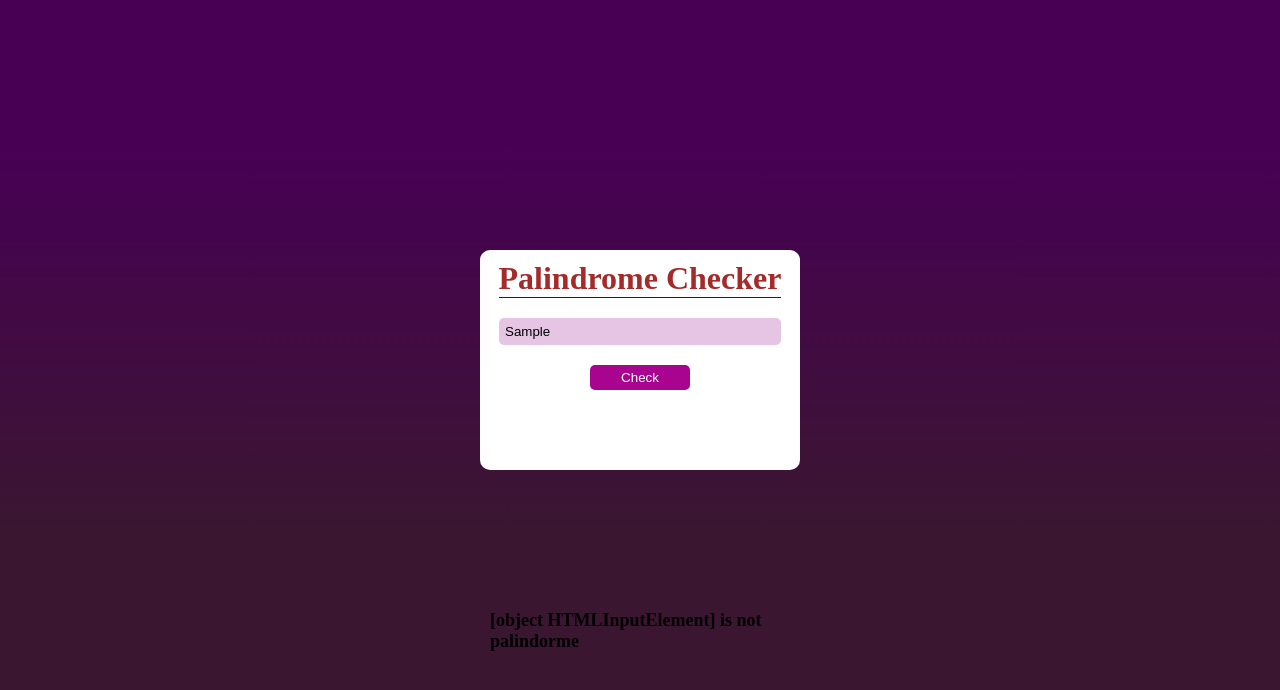
Repository: albinsabu2023/palindromeChecker
Page: index.html
An editor plug-in stored every save of this project. The page is shown before and after the next save, followed by the edit.
The browser window is 1280 px wide. The pictures show the whole page.
Empty fields were first filled with sample values (such as "Sample", 5 or name@example.com).
After loading, the first visible `#checkButton` was clicked once.

Above is the page before, as saved 2023-09-12 01:51:53.

After the next save:
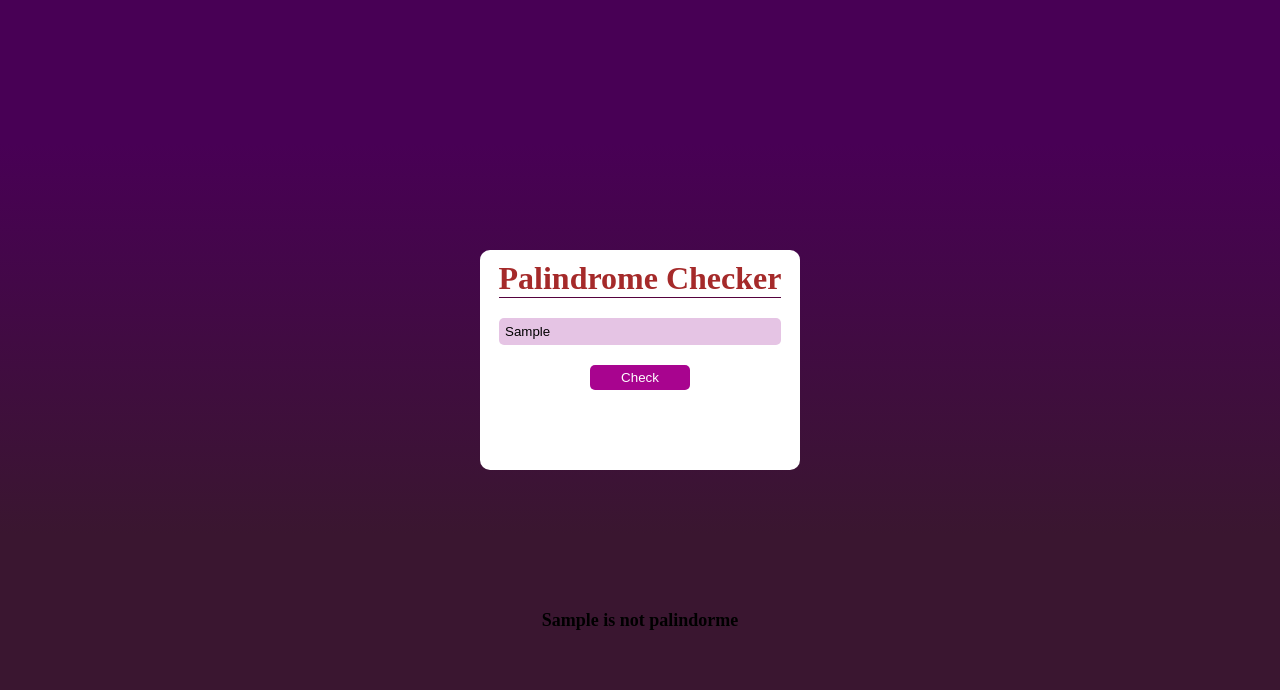
Saved 2 min 42 s later.
--- a/home.js
+++ b/home.js
@@ -9,9 +9,9 @@ function palindrome() {
   const input = document.getElementById("inputText");
   const result = document.getElementById("result");
   if (isPalindrome(input.value)) {
-    result.textContent = `${input} is palindorme`;
+    result.textContent = `${input.value} is palindorme`;
   } else {
-    result.textContent = `${input} is not palindorme`;
+    result.textContent = `${input.value} is not palindorme`;
   }
 }
 
